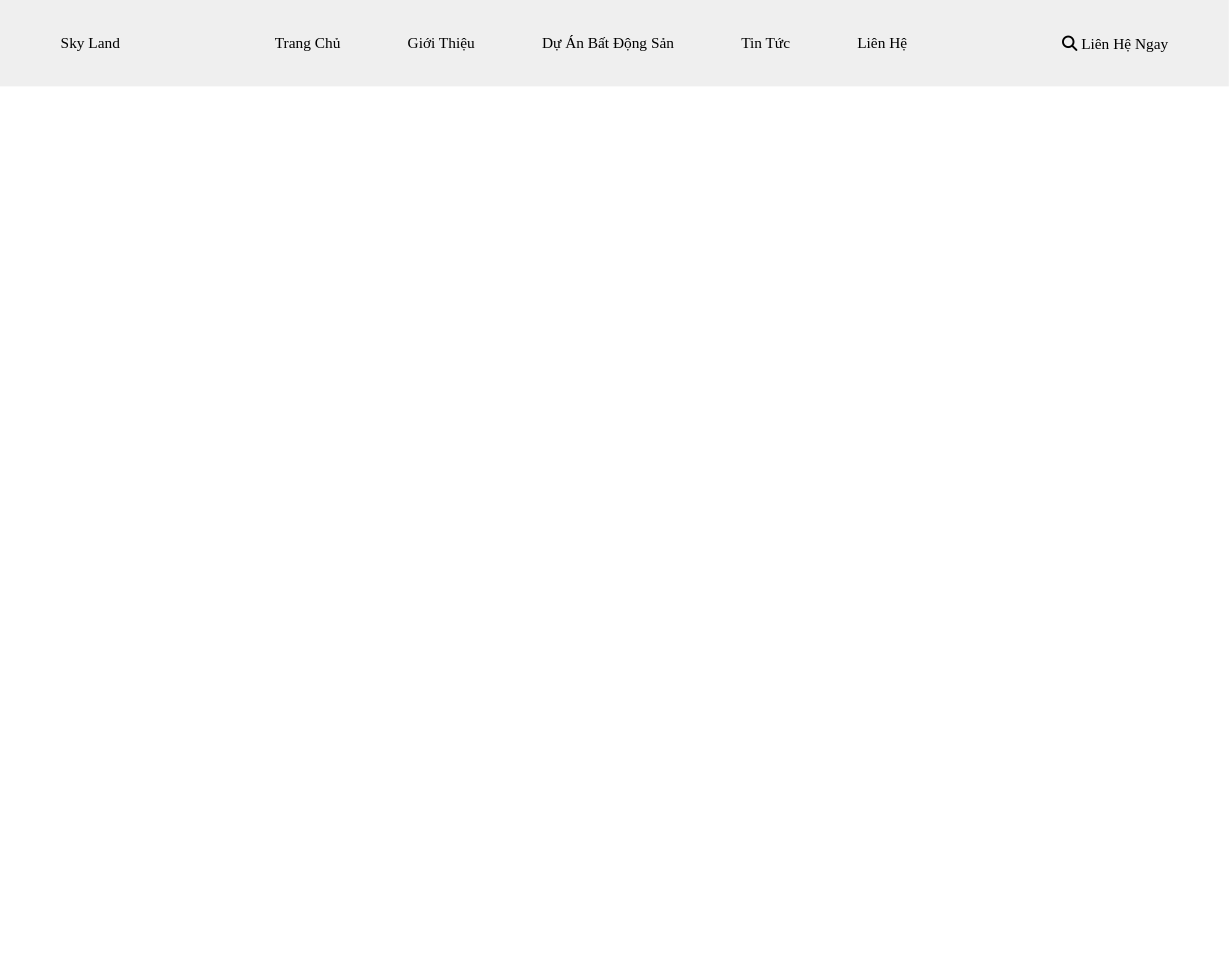
Repository: HuynhDuc23/Webvideodesgin
Page: htmlcssNangCao/index.html
These files come from the project's save history. The page is drawn as it stood at one moment and after the next save; the edit follows.
The browser window is 1280 px wide. The pictures show the whole page, at 96% of full size.
The style sheet was rebuilt from its Sass, Less or Tailwind sources for each picture, by a compiler version that may differ from the author's.

Above is the page before, as saved 2023-04-30 08:45:29.

### htmlcssNangCao/index.html
<html lang="en">
<head>
    <meta charset="UTF-8">
    <meta http-equiv="X-UA-Compatible" content="IE=edge">
    <meta name="viewport" content="width=device-width, initial-scale=1.0">
    <link rel="stylesheet" href="./reset.css">
    <link rel="stylesheet" href="https://cdnjs.cloudflare.com/ajax/libs/font-awesome/6.4.0/css/all.min.css" integrity="sha512-iecdLmaskl7CVkqkXNQ/ZH/XLlvWZOJyj7Yy7tcenmpD1ypASozpmT/E0iPtmFIB46ZmdtAc9eNBvH0H/ZpiBw==" crossorigin="anonymous" referrerpolicy="no-referrer" />
    <link rel="stylesheet" href="./style.css">

    <title>Document</title>
</head>
<body>
    <div class="skyland">
        <div class="skyland__top">
            <div class="skyland__header">
                <h1 class="skyland__left">Sky <span>Land</span> </h1>
            </div>
            <div class="skyland__left">
                <ul class="list">
                    <li class="items">Trang Chủ</li>
                    <li class="items">Giới Thiệu</li>
                    <li class="items">Dự Án Bất Động Sản</li>
                    <li class="items">Tin Tức</li>
                    <li class="items">Liên Hệ</li>
                </ul>
            </div>
            <div class="iconbutton">
                <i class="fa-solid fa-magnifying-glass icon-search"></i>
                <span class="text">Liên Hệ Ngay</span>
            </div>
        </div>
    </div>
</body>
</html>

### htmlcssNangCao/style.scss
html {
    margin: 0;
    padding: 0;
    box-sizing:border-box ;
}
.skyland {
    width: 100%;
    height: 1000px;
    background-color: white;
    &__top {
        width: 100%;
        height: 90px;
        background-color: #eeee;
        display: flex;
        align-items: center;
        justify-content: space-around;
    }
    &__left {
        .list {
          display: flex;
        }
        .items {
            padding: 0 35px;
        }
    }
}

Loaded but not shown: htmlcssNangCao/reset.css (common file)

After the next save:
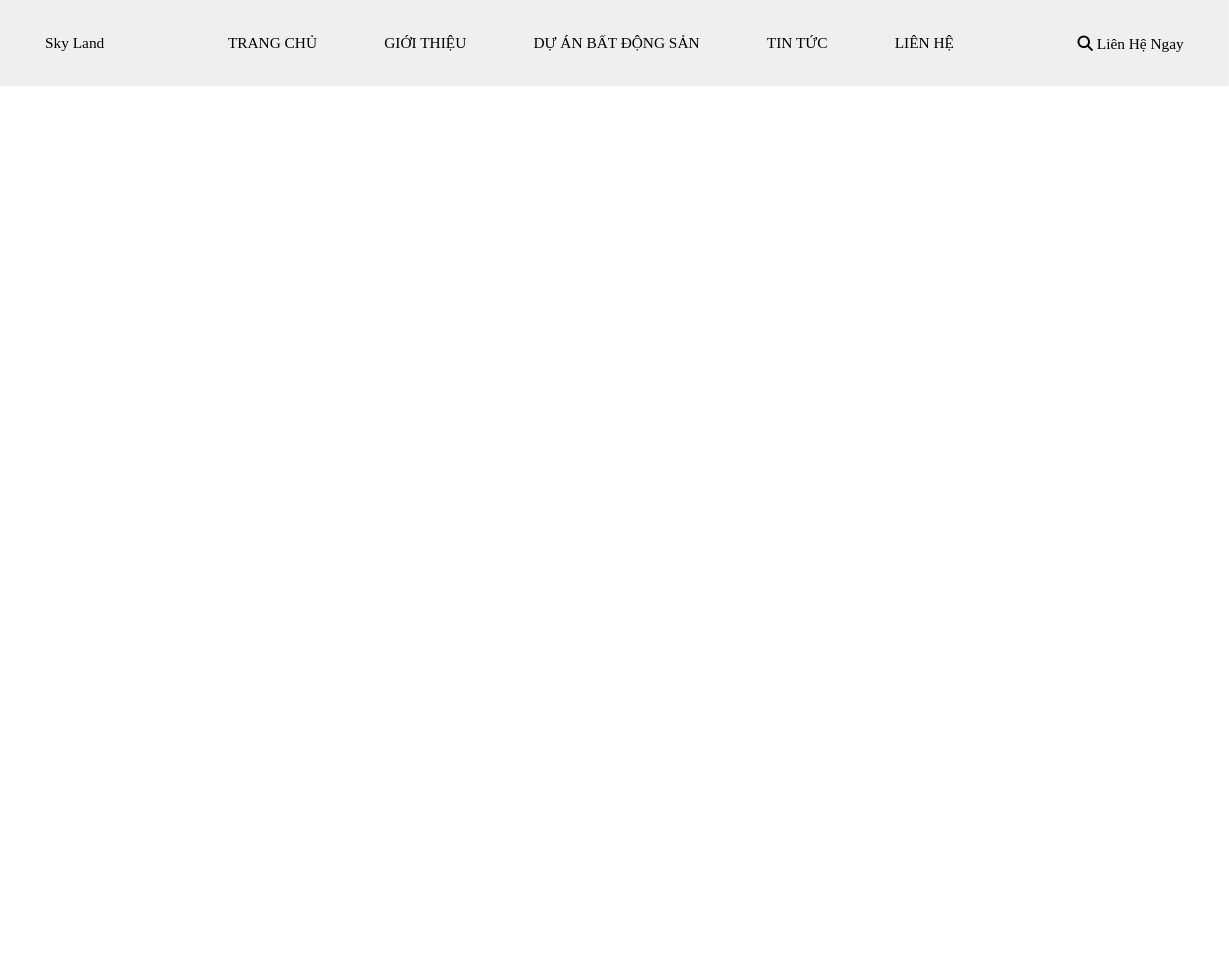
Saved 44 s later.
--- a/htmlcssNangCao/style.scss
+++ b/htmlcssNangCao/style.scss
@@ -21,6 +21,7 @@ html {
         }
         .items {
             padding: 0 35px;
+            text-transform: uppercase;
         }
     }
 }
